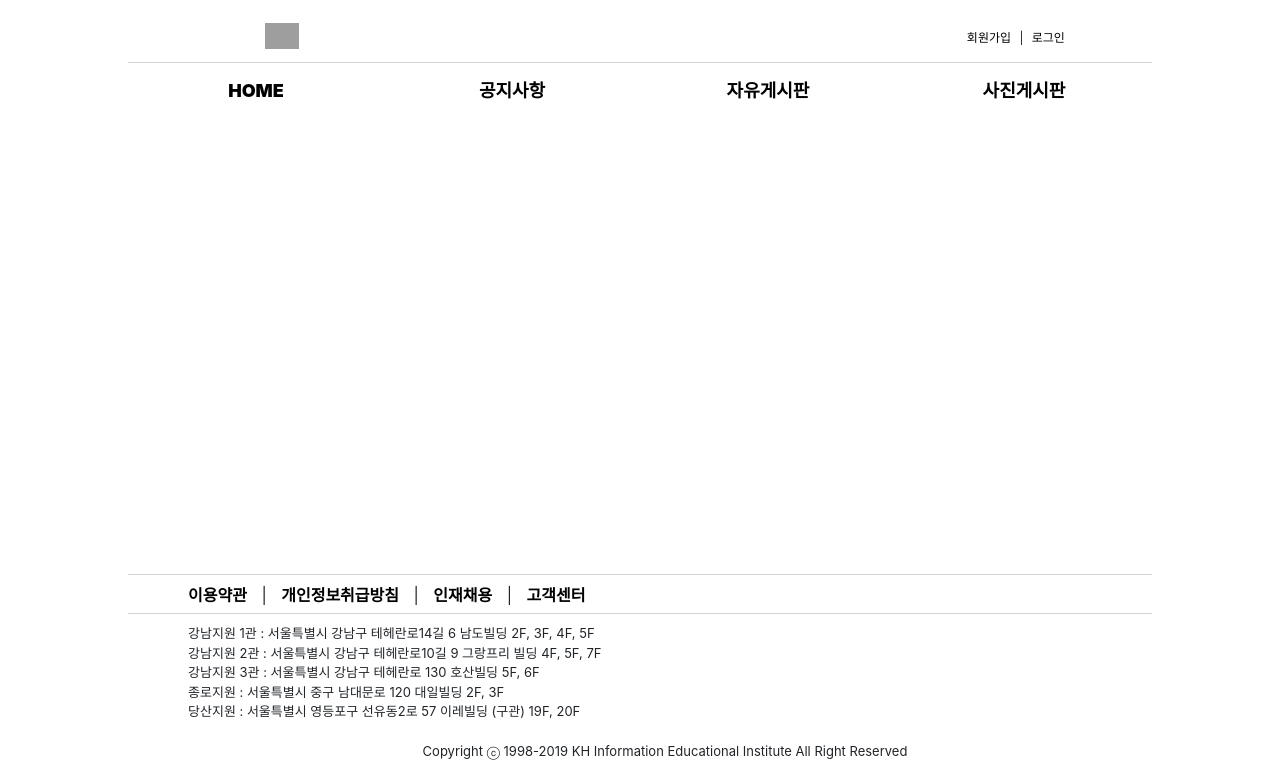
Repository: alsrnr45/SpringStudying
Page: http://localhost/springProject/
The author's editor kept a copy of each file at every save. The page is drawn from the files as they stood at one save, then again after the next save.
The browser window is 1280 px wide. The pictures show the whole page.
Pictures or frames that could not be fetched are drawn as grey boxes. The page is served by Tomcat 9. Nobody is signed in. The application's start-up code is not run.

Above is the page before, as saved 2021-05-26 06:04:04.

After the next save:
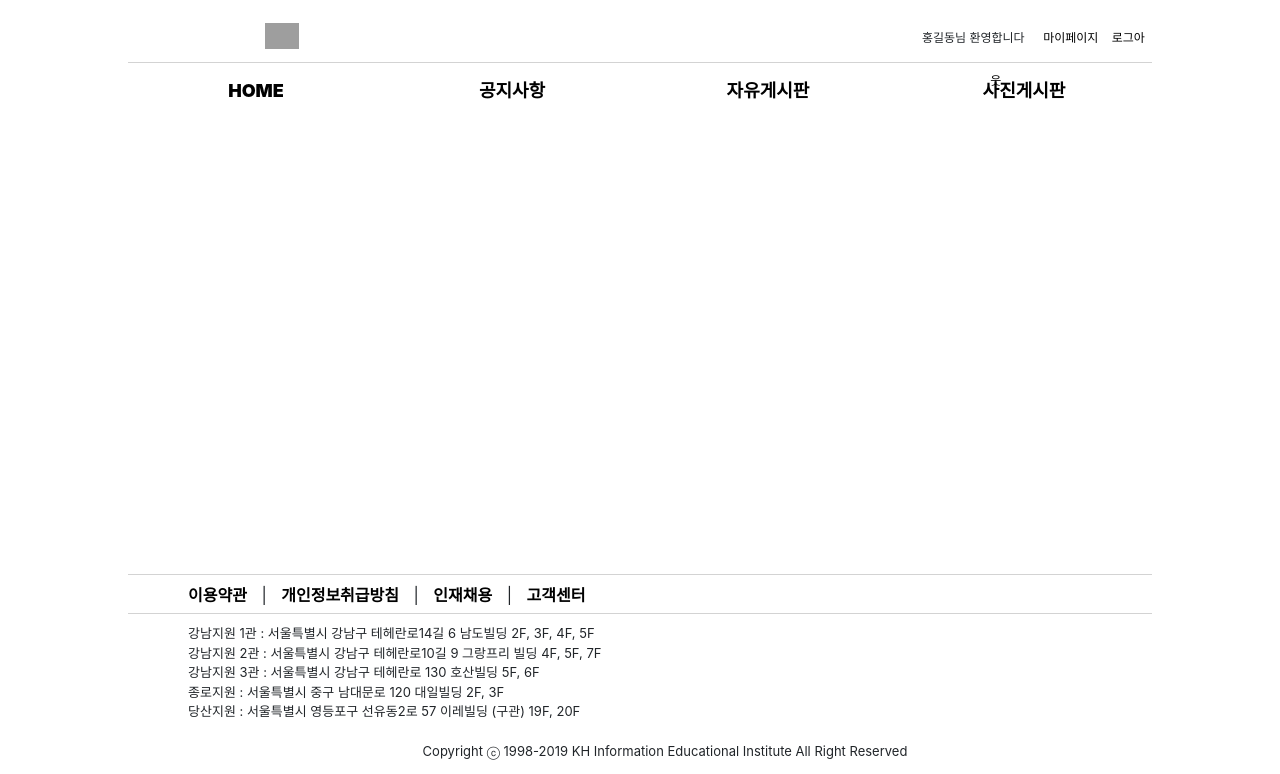
Saved 2 min 51 s later.
--- a/springProject/src/main/webapp/WEB-INF/views/common/header.jsp
+++ b/springProject/src/main/webapp/WEB-INF/views/common/header.jsp
@@ -70,16 +70,20 @@
             </div>
             <div id="header_1_center"></div>
             <div id="header_1_right">
-                <!-- 로그인 전 -->
-                <a href="">회원가입</a> |
-                <a data-toggle="modal" data-target="#loginModal">로그인</a> <!-- 모달의 원리 : 이 버튼 클릭시 data-target에 제시되어있는 해당 아이디의 div가 보이는 거임 -->
 
-                <!-- 로그인 후  -->
-                <!--
-                <label>홍길동님 환영합니다</label> &nbsp;&nbsp;
-                <a href="">마이페이지</a>
-                <a href="">로그아웃</a>
-                 -->
+            	<c:choose>
+	            	<c:when test=" ${ empty loginUser }">
+		                <!-- 로그인 전 -->
+		                <a href="">회원가입</a> |
+		                <a data-toggle="modal" data-target="#loginModal">로그인</a> <!-- 모달의 원리 : 이 버튼 클릭시 data-target에 제시되어있는 해당 아이디의 div가 보이는 거임 -->
+		            </c:when>
+	            	<c:otherwise>
+		                <!-- 로그인 후  -->
+		                <label>홍길동님 환영합니다</label> &nbsp;&nbsp;
+		                <a href="">마이페이지</a>
+		                <a href="">로그아웃</a>
+	                </c:otherwise>
+                </c:choose>
             </div>
         </div>
         <div id="header_2">
